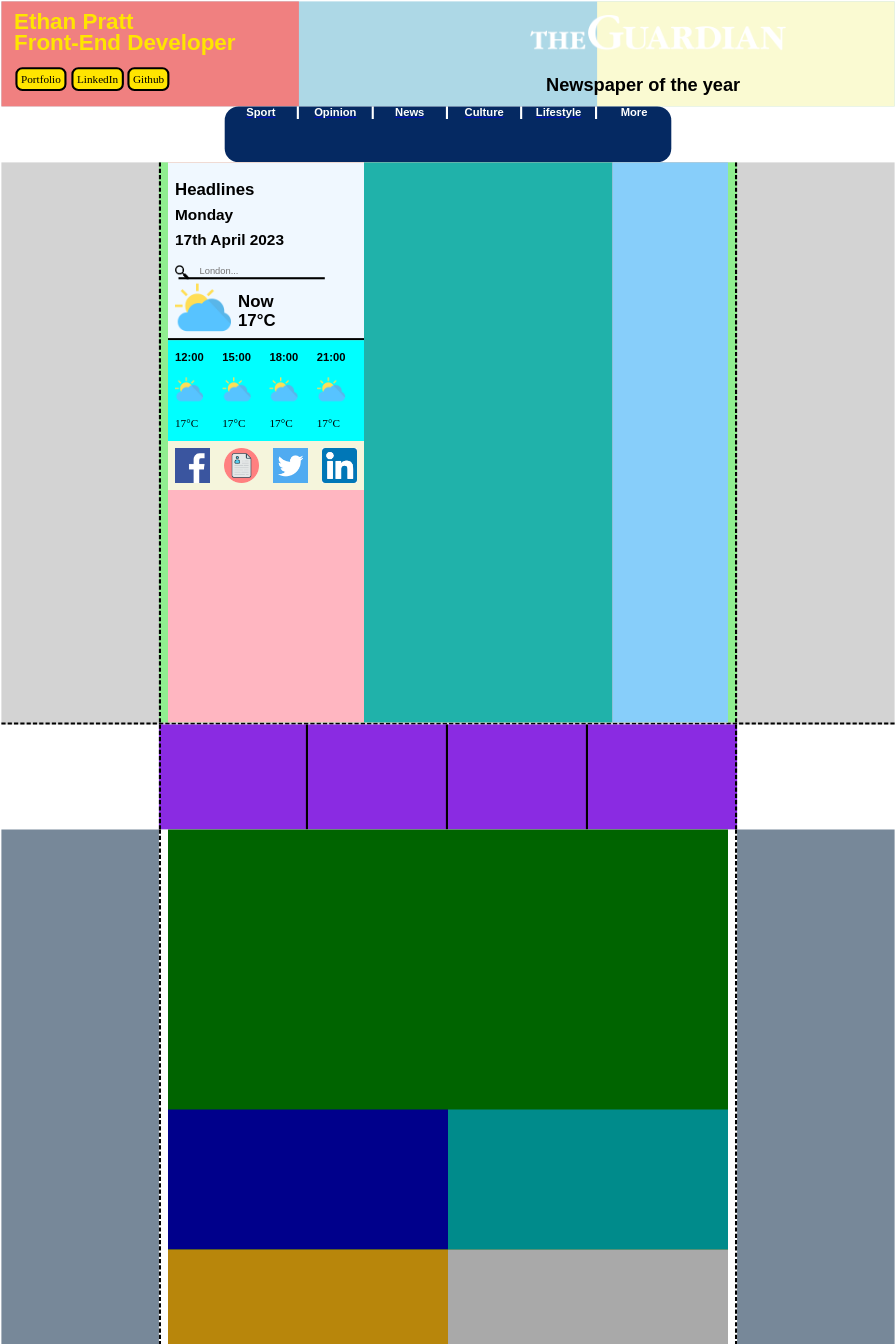
Repository: ghend99/News-Media
Page: index.html
An editor plug-in stored every save of this project. The page is shown before and after a run of saves, followed by the edit.
The browser window is 1280 px wide. The pictures show the part of the page from y = 0 to 1920 px (the page is 4065 px tall), at 70% of full size.
Some web fonts or font styles are not loaded; a fallback is used.

Above is the page before, as saved 2023-05-07 15:42:57.

### index.html
<!DOCTYPE html>
<html lang="en">
  <head>
    <meta charset="UTF-8" />
    <meta http-equiv="X-UA-Compatible" content="IE=edge" />
    <meta name="viewport" content="width=device-width, initial-scale=1.0" />

    <link rel="stylesheet" href="style.css" />

    <title>Document</title>
  </head>
  <body>
    <!-- Header Container -->
    <div id="header-container">
      <div id="header-left-section">
        <p class="header-name webpage-header">Ethan Pratt</p>
        <p class="header-slogan webpage-header">Newspaper of the year</p>
        <p class="header-job webpage-header">Front-End Developer</p>
        <p class="header-social-link header-social-link-portfolio">Portfolio</p>
        <p class="header-social-link header-social-link-linkedin">LinkedIn</p>
        <p class="header-social-link header-social-link-github">Github</p>
      </div>
      <div id="header-middle-section"></div>
      <div id="header-right-section">
        <img class="header-logo" src="./images/guardian-logo.png" />
      </div>
    </div>

    <!-- Navigation Links Container -->
    <div id="navigation-link-container">
      <a href="page2.html">
        <p class="navigation-link webpage-header">Sport</p>
      </a>

      <a href="page2.html">
        <p class="navigation-link webpage-header">Opinion</p>
      </a>

      <a href="page2.html">
        <p class="navigation-link webpage-header">News</p>
      </a>

      <a href="page2.html">
        <p class="navigation-link webpage-header">Culture</p>
      </a>

      <a href="page2.html" id="nav-link">
        <p class="navigation-link webpage-header">Lifestyle</p>
      </a>

      <a>
        <p class="navigation-link webpage-header" id="navigation-link6">More</p>
      </a>
    </div>

    <!-- News Section 1 -->

    <div id="news1-container">
      <div id="news1-wrapper">
        <div id="news1-article-container">
          <div id="news1-weather-container">
            <div id="weather-top-section">
              <p class="weather-container-header webpage-header">Headlines</p>
              <p class="weather-container-day webpage-header">Monday</p>
              <p class="weather-container-date webpage-header">
                17th April 2023
              </p>
              <img src="./images/search-icon-black.png" class="search-icon" />
              <input
                type="text"
                placeholder="London..."
                class="weather-container-location-input"
              />
              <img
                class="weather-location-current-icon"
                src="./images/cloudy.png"
              />
              <p class="weather-location-current-text webpage-header">
                Now <br />17°C
              </p>
            </div>
            <div id="weather-middle-section">
              <div id="weather-middle-section-time1">
                <p class="webpage-header">12:00</p>
                <img src="./images/cloudy.png" class="weather-now-icon" />
                <p>17°C</p>
              </div>
              <div id="weather-middle-section-time2">
                <p class="webpage-header">15:00</p>
                <img src="./images/cloudy.png" class="weather-now-icon" />
                <p>17°C</p>
              </div>
              <div id="weather-middle-section-time3">
                <p class="webpage-header">18:00</p>
                <img src="./images/cloudy.png" class="weather-now-icon" />
                <p>17°C</p>
              </div>
              <div id="weather-middle-section-time4">
                <p class="webpage-header">21:00</p>
                <img src="./images/cloudy.png" class="weather-now-icon" />
                <p>17°C</p>
              </div>
            </div>
            <div id="weather-bottom-section">
              <img
                class="weather-soiclas-link-icon"
                src="./images/facebook.png"
              />
              <img
                class="weather-soiclas-link-icon"
                src="./images/resume-icon.png"
              />
              <img
                class="weather-soiclas-link-icon"
                src="./images/twitter.png"
              />
              <img
                class="weather-soiclas-link-icon"
                src="./images/linekdin.png"
              />
            </div>
          </div>
          <div id="news1-article1-container"></div>
          <div id="news1-article2-container"></div>
        </div>
      </div>
    </div>

    <!-- News Headers -->
    <div id="news-headers">
      <div class="news-header"></div>
      <div class="news-header"></div>
      <div class="news-header"></div>
      <div class="news-header" id="news-header4"></div>
    </div>

    <!-- News Section 2 -->
    <div id="news2-container">
      <div id="news2-wrapper">
        <div id="news2-article-container">
          <div id="news2-article1"></div>
          <div id="news2-article2">
            <div id="news2-article2-article1"></div>
            <div id="news2-article2-article2"></div>
            <div id="news2-article2-article3"></div>
            <div id="news2-article2-article4"></div>
          </div>
        </div>
      </div>
    </div>

    <!-- News Section 3 -->
    <div id="news3-container">
      <div id="news3-wrapper">
        <div id="news3-article-container">
          <div id="news3-article1-container"></div>
          <div id="news3-article2-container"></div>
        </div>
      </div>
    </div>

    <!-- News Section 4 -->
    <div id="news4-container">
      <div id="news4-wrapper">
        <div id="news4-article-container">
          <div id="news4-article1-container-header"></div>
          <div id="news4-article2-container">
            <div id="news4-article2-article1"></div>
            <div id="news4-article2-article2"></div>
            <div id="news4-article2-article3"></div>
            <div id="news4-article2-article4"></div>
          </div>
        </div>
      </div>
    </div>

    <!-- News Section 5 -->
    <div id="news5-container">
      <div id="news5-wrapper">
        <div id="news5-article-container">
          <div id="news5-article1-container"></div>
          <div id="news5-article2-container"></div>
        </div>
      </div>
    </div>

    <!-- Footer -->
    <div id="footer-container">
      <div id="footer-wrapper">
        <div id="footer-content-container">
          <div id="footer-navigation-link-container">
            <a href="page2.html">
              <p class="navigation-link webpage-header"></p>
            </a>

            <a href="page2.html">
              <p class="navigation-link webpage-header"></p>
            </a>

            <a href="page2.html">
              <p class="navigation-link webpage-header"></p>
            </a>

            <a href="page2.html">
              <p class="navigation-link webpage-header"></p>
            </a>

            <a href="page2.html" id="nav-link">
              <p class="navigation-link webpage-header"></p>
            </a>

            <a>
              <p
                class="navigation-link webpage-header"
                id="navigation-link6"
              ></p>
            </a>
          </div>
          <div id="footer-section2">
            <div id="footer-section2-section1"></div>
            <div id="footer-section2-section2"></div>
            <div id="footer-section2-section3"></div>
            <div id="footer-section2-section4"></div>
            <div id="footer-section2-section5"></div>
          </div>
        </div>
      </div>
    </div>
  </body>
</html>

### style.css
@import url("https://fonts.googleapis.com/css2?family=Signika+Negative:wght@600&display=swap");

body {
  margin: 2px;
}

.webpage-header {
  font-family: "Signika Negative", sans-serif;
  font-weight: bold;
}

#header-container {
  display: grid;
  grid-template-columns: 1fr 1fr 1fr;
  grid-template-rows: 1fr;
  width: 100%;
  min-width: 310px;
  max-height: 300px;
  min-height: 150px;
  background-color: lightblue;
}

#header-left-section {
  background-color: lightcoral;
}

.header-name {
  position: absolute;
  color: #ffe500;
  font-size: 32px;
  left: 20px;
  top: -20px;
}

.header-job {
  position: absolute;
  color: #ffe500;
  font-size: 32px;
  left: 20px;
  top: 10px;
}

.header-social-link {
  position: absolute;
  border: solid;
  padding: 5px;
  background-color: #ffe500;
  width: fit-content;
  border-radius: 10px;
}

.header-social-link-portfolio {
  top: 80px;
  margin-left: 20px;
}

.header-social-link-linkedin {
  top: 80px;
  margin-left: 100px;
}

.header-social-link-github {
  top: 80px;
  margin-left: 180px;
}

#header-right-section {
  background-color: lightgoldenrodyellow;
}

.header-logo {
  position: absolute;
  width: 400px;
  margin-left: 50px;
  right: 140px;
  top: 20px;
}

.header-slogan {
  position: absolute;
  width: 400px;
  margin-left: 50px;
  right: 100px;
  top: 80px;
  font-size: 26px;
}

#navigation-link-container {
  position: relative;
  display: grid;
  grid-template-columns: 1fr 1fr 1fr 1fr 1fr 1fr;
  grid-template-rows: 1fr;
  max-height: 200px;
  min-height: 80px;
  width: 50%;
  min-width: 310px;
  left: 50%;
  transform: translate(-50%);
  background-color: #052962;
  border-radius: 20px;
  text-align: center;
}

.navigation-link {
  border-right: solid;
  border-color: white;
  margin-top: auto;
  margin-bottom: auto;
  color: white;
}

#navigation-link6 {
  border-right: none;
}

#news1-container {
  /* width: 100%;
  min-width: 304px; */
  max-height: 1000px;
  min-height: 800px;
  background-color: lightgray;
  border-bottom: dashed;
}

#news1-wrapper {
  position: relative;
  left: 50%;
  transform: translate(-50%);
  background-color: lightgreen;
  max-width: 50%;
  min-width: 800px;
  max-height: 900px;
  min-height: 800px;
  border-left: dashed;
  border-right: dashed;
  padding-left: 10px;
  padding-right: 10px;
}

#news1-article-container {
  position: relative;
  display: grid;
  grid-template-columns: 0.5fr 1.5fr 0.7fr;
  grid-template-rows: 1fr;
  width: 100%;
  min-width: 304px;
  max-height: 900px;
  min-height: 800px;
  background-color: lightpink;
}

#news1-weather-container {
  display: grid;
  grid-template-columns: 1fr;
  grid-template-rows: 0.7fr 1fr 1fr;
  background-color: lightsalmon;
  height: 450px;
}

#weather-top-section {
  background-color: aliceblue;
  border-bottom: solid;
  padding-left: 10px;
}

.weather-container-header {
  font-size: 24px;
  margin-bottom: 0;
}

.weather-container-day {
  font-size: 22px;
  margin-top: 10px;
  margin-bottom: 0;
}

.weather-container-date {
  font-size: 22px;
  margin-top: 10px;
}

.search-icon {
  position: absolute;
  top: 147px;
  width: 20px;
  left: 10px;
}

.weather-container-location-input {
  text-decoration: none;
  border: none;
  border-bottom: solid;
  background-color: transparent;
  padding-left: 30px;
  margin-left: 5px;
  margin-right: 5px;
  max-width: 200px;
  min-width: 50px;
}

.weather-location-current-icon {
  width: 80px;
}

.weather-location-current-text {
  position: absolute;
  font-size: 24px;
  top: 160px;
  left: 100px;
}
#weather-middle-section {
  background-color: aqua;
  display: grid;
  grid-template-columns: 1fr 1fr 1fr 1fr;
  grid-template-rows: 1fr;
  padding-left: 10px;
}

.weather-now-icon {
  width: 40px;
}

#weather-bottom-section {
  background-color: beige;
  display: grid;
  grid-template-columns: 1fr 1fr 1fr 1fr;
  grid-template-rows: 1fr;
}

.weather-soiclas-link-icon {
  width: 50px;
  padding: 10px;
}

#news1-article1-container {
  background-color: lightseagreen;
}

#news1-article2-container {
  background-color: lightskyblue;
}

#news-headers {
  position: relative;
  display: grid;
  grid-template-columns: 1fr 1fr 1fr 1fr;
  grid-template-rows: 1fr;
  max-height: 250px;
  min-height: 150px;
  left: 50%;
  transform: translate(-50%);
  width: 50%;
  min-width: 800px;
  background-color: blueviolet;
  border-left: dashed;
  border-right: dashed;
  padding-left: 10px;
  padding-right: 10px;
}

.news-header {
  border-right: solid;
}

#news-header4 {
  border-right: none;
}

#news2-container {
  /* width: 100%;
  min-width: 304px; */
  max-height: 800px;
  min-height: 620px;
  background-color: lightslategray;
  border-bottom: dashed;
}

#news2-wrapper {
  position: relative;
  left: 50%;
  transform: translate(-50%);
  background-color: white;
  max-width: 50%;
  min-width: 800px;
  max-height: 800px;
  min-height: 605px;
  border-left: dashed;
  border-right: dashed;
  padding-left: 10px;
  padding-right: 10px;
}

#news2-article-container {
  position: relative;
  display: grid;
  grid-template-columns: 1fr 1fr;
  grid-template-rows: 1fr;
  width: 100%;
  min-width: 304px;
  max-height: 900px;
  min-height: 600px;
  background-color: darkgreen;
}

#news2-article1 {
  min-height: 400px;
}

#news2-article2 {
  display: grid;
  grid-template-columns: 1fr 1fr;
  grid-template-rows: 1fr 1fr;
}

#news2-article2-article1 {
  background-color: darkblue;
}

#news2-article2-article2 {
  background-color: darkcyan;
}

#news2-article2-article3 {
  background-color: darkgoldenrod;
}

#news2-article2-article4 {
  background-color: darkgray;
}

#news3-container {
  max-height: 800px;
  min-height: 620px;
  background-color: darkred;
  border-bottom: dashed;
}

#news3-wrapper {
  position: relative;
  left: 50%;
  transform: translate(-50%);
  background-color: white;
  max-width: 50%;
  min-width: 800px;
  max-height: 800px;
  min-height: 605px;
  border-left: dashed;
  border-right: dashed;
  padding-left: 10px;
  padding-right: 10px;
}

#news3-article-container {
  display: grid;
  grid-template-columns: 0.6fr 1fr;
  grid-template-rows: 1fr;
  background-color: darkmagenta;
  width: 100%;
  min-width: 304px;
  max-height: 900px;
  min-height: 600px;
}

#news3-article1-container {
  background-color: darkslategray;
}

#news3-article2-container {
  background-color: darksalmon;
}

#news4-container {
  max-height: 550px;
  min-height: 400px;
  background-color: darkviolet;
  border-bottom: dashed;
}

#news4-wrapper {
  position: relative;
  left: 50%;
  transform: translate(-50%);
  background-color: white;
  max-width: 50%;
  min-width: 800px;
  max-height: 800px;
  min-height: 400px;
  border-left: dashed;
  border-right: dashed;
  padding-left: 10px;
  padding-right: 10px;
}

#news4-article-container {
  display: grid;
  grid-template-columns: 0.4fr 1fr;
  grid-template-rows: 1fr;
  width: 100%;
  min-width: 304px;
  max-height: 900px;
  min-height: 500px;
  background-color: darkolivegreen;
}

#news4-article2-container {
  display: grid;
  grid-template-columns: 1fr 1fr;
  grid-template-rows: 1fr 1fr;
}

#news4-article2-article1 {
  background-color: lightblue;
}

#news4-article2-article2 {
  background-color: lightcoral;
}

#news4-article2-article3 {
  background-color: lightgoldenrodyellow;
}

#news4-article2-article4 {
  background-color: lightgray;
}

#news5-container {
  max-height: 340px;
  min-height: 300px;
  background-color: darkviolet;
  border-bottom: dashed;
}

#news5-wrapper {
  position: relative;
  left: 50%;
  transform: translate(-50%);
  background-color: white;
  max-width: 50%;
  min-width: 800px;
  max-height: 800px;
  min-height: 300px;
  border-left: dashed;
  border-right: dashed;
  padding-left: 10px;
  padding-right: 10px;
}

#news5-article-container {
  display: grid;
  grid-template-columns: 1.8fr 1fr;
  grid-template-rows: 1fr;
  width: 100%;
  min-width: 304px;
  max-height: 900px;
  min-height: 340px;
}

#news5-article1-container {
  background-color: lightgray;
}

#news5-article2-container {
  background-color: darkmagenta;
}

#footer-container {
  max-height: 700px;
  min-height: 500px;
  background-color: #052962;
  border-bottom: dashed;
}

#footer-wrapper {
  position: relative;
  left: 50%;
  transform: translate(-50%);
  background-color: darkgreen;
  max-width: 50%;
  min-width: 800px;
  max-height: 800px;
  min-height: 500px;
  border-left: solid;
  border-right: solid;
  border-bottom: solid;
  padding-left: 10px;
  padding-right: 10px;
}

#footer-content-container {
  display: grid;
  grid-template-columns: 1fr;
  grid-template-rows: 0.2fr 1fr;
  background-color: darkmagenta;
  width: 100%;
  min-width: 304px;
  max-height: 900px;
  min-height: 600px;
}

#footer-navigation-link-container {
  display: grid;
  grid-template-columns: 1fr 1fr 1fr 1fr 1fr 1fr;
  background-color: lightsteelblue;
}

#footer-section2 {
  display: grid;
  grid-template-columns: 1.2fr 0.6fr 0.6fr 0.6fr 1fr;
  grid-template-rows: 1fr;
}

#footer-section2-section1 {
  background-color: bisque;
}

#footer-section2-section2 {
  background-color: lightcoral;
}

#footer-section2-section3 {
  background-color: lightsalmon;
}

#footer-section2-section4 {
  background-color: lightseagreen;
}

#footer-section2-section5 {
  background-color: darkorange;
}

@media screen and (min-width: 0) and (max-width: 1467px) {
  #news2-article-container {
    grid-template-columns: 1fr;
    grid-template-rows: 1fr 1fr;
    min-height: 700px;
  }
}

@media screen and (min-width: 0) and (max-width: 819px) {
  #news1-container {
    min-height: 1050px;
    border-bottom: dashed;
  }

  #news1-wrapper {
    min-width: 400px;
    min-height: 1040px;
  }

  #news1-article-container {
    display: block;
  }

  #news1-weather-container {
    display: inline-block;
    min-width: 100%;
    height: 380px;
  }

  .search-icon {
    /* display: none; */
    position: absolute;
    left: 255px;
    top: 47px;
  }

  .weather-container-location-input {
    /* display: none; */
    position: absolute;
    right: 30px;
    top: 50px;
    width: 80px;
  }

  .weather-location-current-icon {
    position: absolute;
    right: 110px;
    top: 80px;
    width: 60px;
    /* display: none; */
  }

  .weather-location-current-text {
    /* display: none; */
    position: absolute;
    left: 320px;
    top: 60px;
    width: 40px;
  }

  #weather-middle-section {
    height: 150px;
  }

  #news1-article1-container {
    grid-template-columns: 1fr;
    grid-template-rows: 1fr 1fr;
    min-width: 100%;
    min-height: 400px;
  }

  #news1-article2-container {
    display: inline-block;
    min-width: 100%;
    min-height: 250px;
  }

  #news-headers {
    grid-template-columns: 1fr 1fr 1fr;
    min-width: 400px;
    /* display: none; */
  }

  #news2-wrapper {
    min-width: 400px;
    /* display: none; */
  }

  #news3-wrapper {
    min-width: 400px;
  }

  #news3-article-container {
    display: grid;
    grid-template-columns: 1fr;
    grid-template-rows: 1fr 1fr;
  }

  #news4-wrapper {
    min-width: 400px;
  }

  #news4-article-container {
    grid-template-columns: 1fr;
    grid-template-rows: 0.2fr 1fr;
  }

  #news5-wrapper {
    min-width: 400px;
    min-height: 400px;
  }

  #news5-container {
    min-height: 400px;
  }

  #news5-article-container {
    grid-template-columns: 1fr;
    grid-template-rows: 1fr 1fr;
    min-height: 400px;
  }

  #footer-wrapper {
    min-width: 400px;
  }

  #footer-section2 {
    grid-template-columns: 1fr 1fr 1fr;
    grid-template-rows: 1fr;
  }
}

@media screen and (min-width: 0) and (max-width: 425px) {
  #header-container {
    grid-template-columns: 1fr 1fr;
  }

  .search-icon {
    left: 165px;
  }

  .weather-location-current-icon {
    left: 180px;
  }

  .weather-location-current-text {
    left: 250px;
  }

  #news1-wrapper {
    min-width: 310px;
    border: none;
    padding: 0;
  }

  #news-headers {
    grid-template-columns: 1fr 1fr;
    min-width: 310px;
    border: none;
    padding: 0;
  }

  .navigation-link {
    font-size: 12px;
  }

  #news2-wrapper {
    min-width: 310px;
    border: none;
    padding: 0;
  }

  #news3-wrapper {
    min-width: 310px;
    border: none;
    padding: 0;
  }

  #news4-wrapper {
    min-width: 310px;
    border: none;
    padding: 0;
  }

  #news5-wrapper {
    min-width: 310px;
    border: none;
    padding: 0;
  }

  #footer-wrapper {
    min-width: 310px;
    border: none;
    padding: 0;
  }
}

After the next 2 saves:
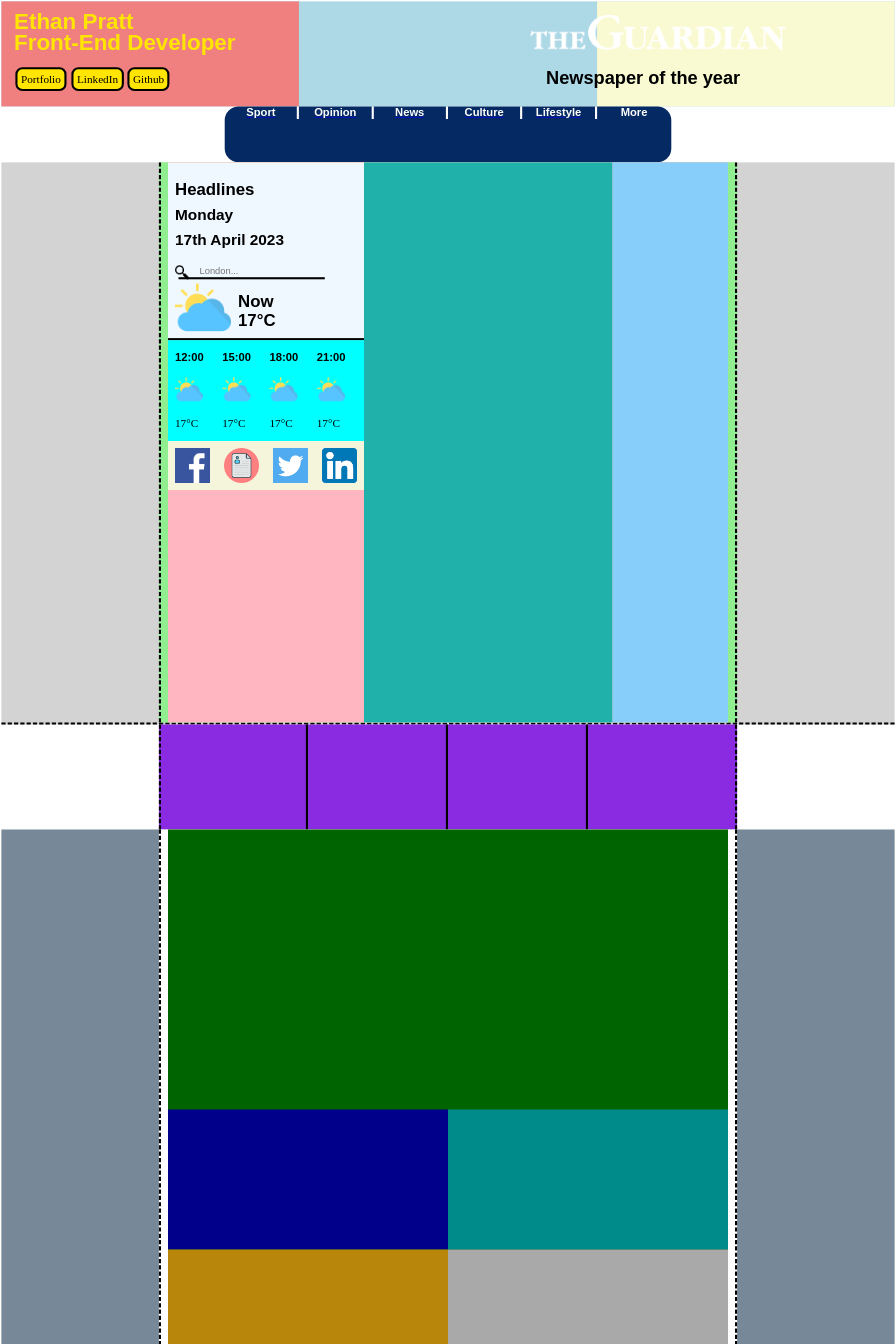
The 2 saves are shown as one change because they came seconds apart.
The last was saved 10 s later.
--- a/style.css
+++ b/style.css
@@ -81,7 +81,7 @@
   width: 400px;
   margin-left: 50px;
   right: 100px;
-  top: 80px;
+  top: 70px;
   font-size: 26px;
 }
 
